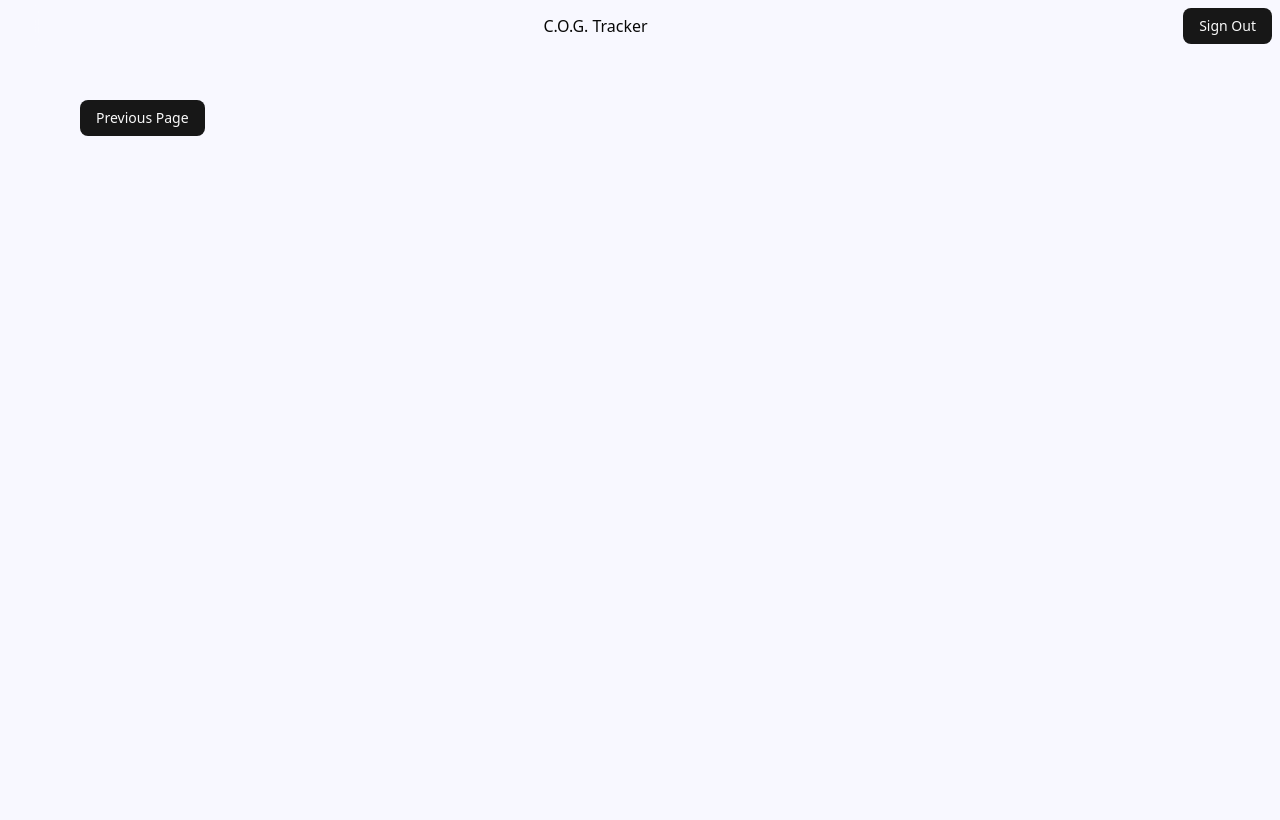
Repository: Renzo-Salosagcol/cog_tracker
Page: /dashboard/add-tracker/add-products
The author's editor kept a copy of each file at every save. The page is drawn from the files as they stood at one save, then again after the next save.
The browser window is 1280 px wide. The pictures show the whole page.
The page's requests for data from a server got no answer. The project was rebuilt for these pictures with package versions that can differ from the ones it lists, and the page was loaded fresh each time. The framework's server and built-in components were replaced by stand-ins that run in the browser. No one was signed in, and anything a server would have sent is missing. Also part of the build but not shown: next.config.ts.

Above is the page before, as saved 2026-01-14 20:53:43.

After the next save:
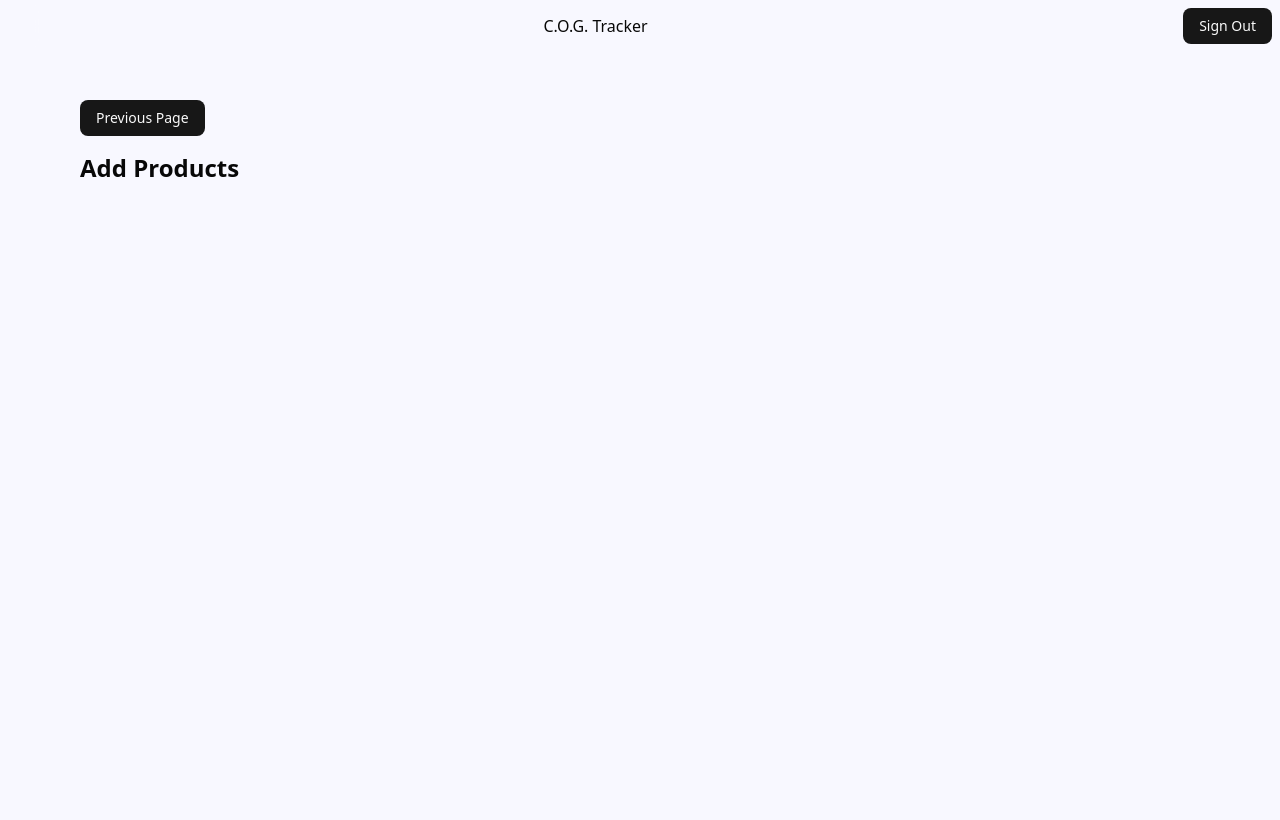
Saved 114 s later.
--- a/app/dashboard/add-tracker/add-products/page.tsx
+++ b/app/dashboard/add-tracker/add-products/page.tsx
@@ -20,6 +20,9 @@ export default function AddProductsPage() {
         <div className="items-start">
           <Button onClick={moveToPreviousPage}>Previous Page</Button>
         </div>
+        <h1 className="font-bold text-2xl">
+          Add Products
+        </h1>
       </div>
     </div>
   );
